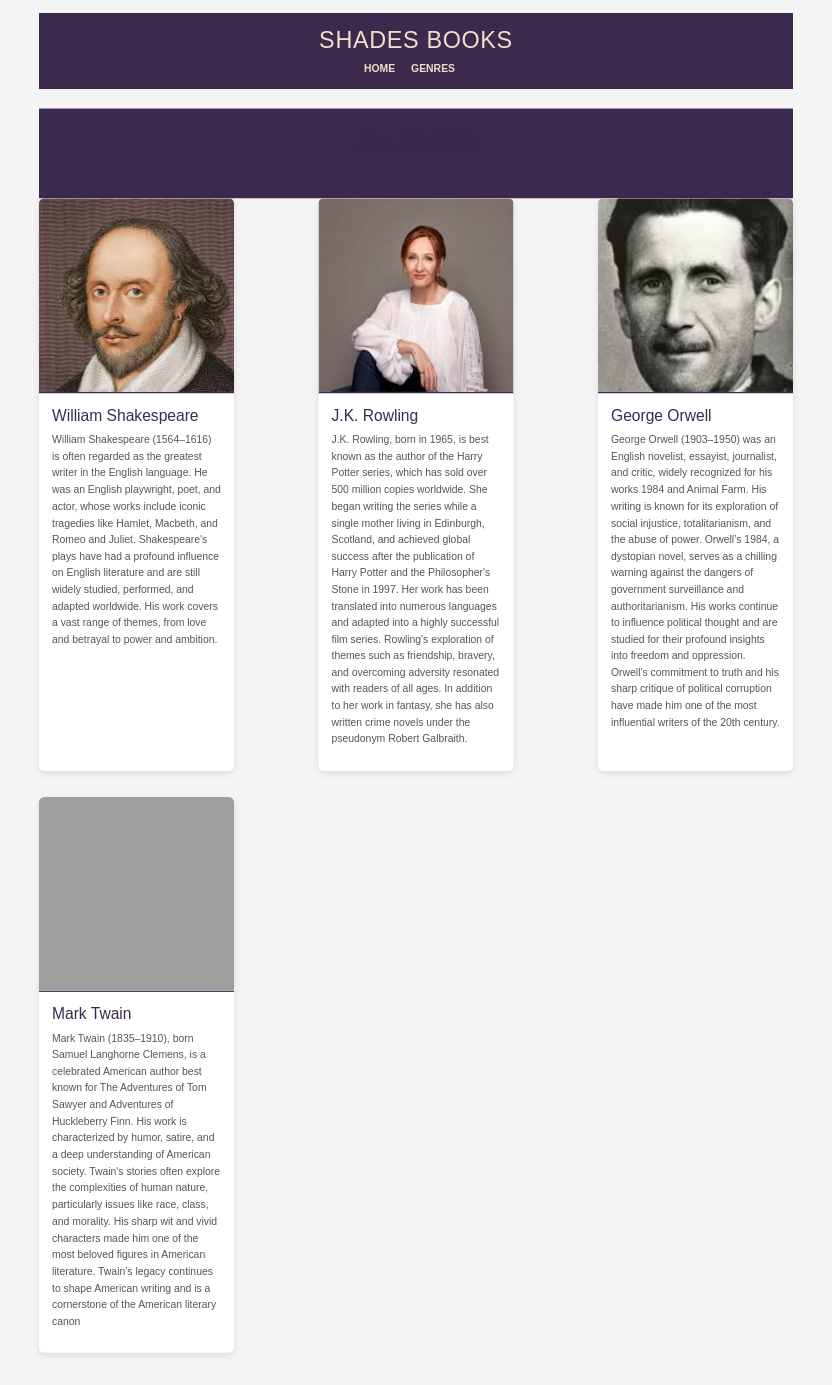
Repository: Harishsuresh-kumar/Library-Web
Page: WORK SITE/rough.html
The author's editor kept a copy of each file at every save. The page is drawn from the files as they stood at one save, then again after a run of saves.
The browser window is 1280 px wide. The pictures show the whole page, at 65% of full size.
Pictures or frames that could not be fetched are drawn as grey boxes.

Above is the page before, as saved 2024-11-07 01:00:58.

After the next 3 saves:
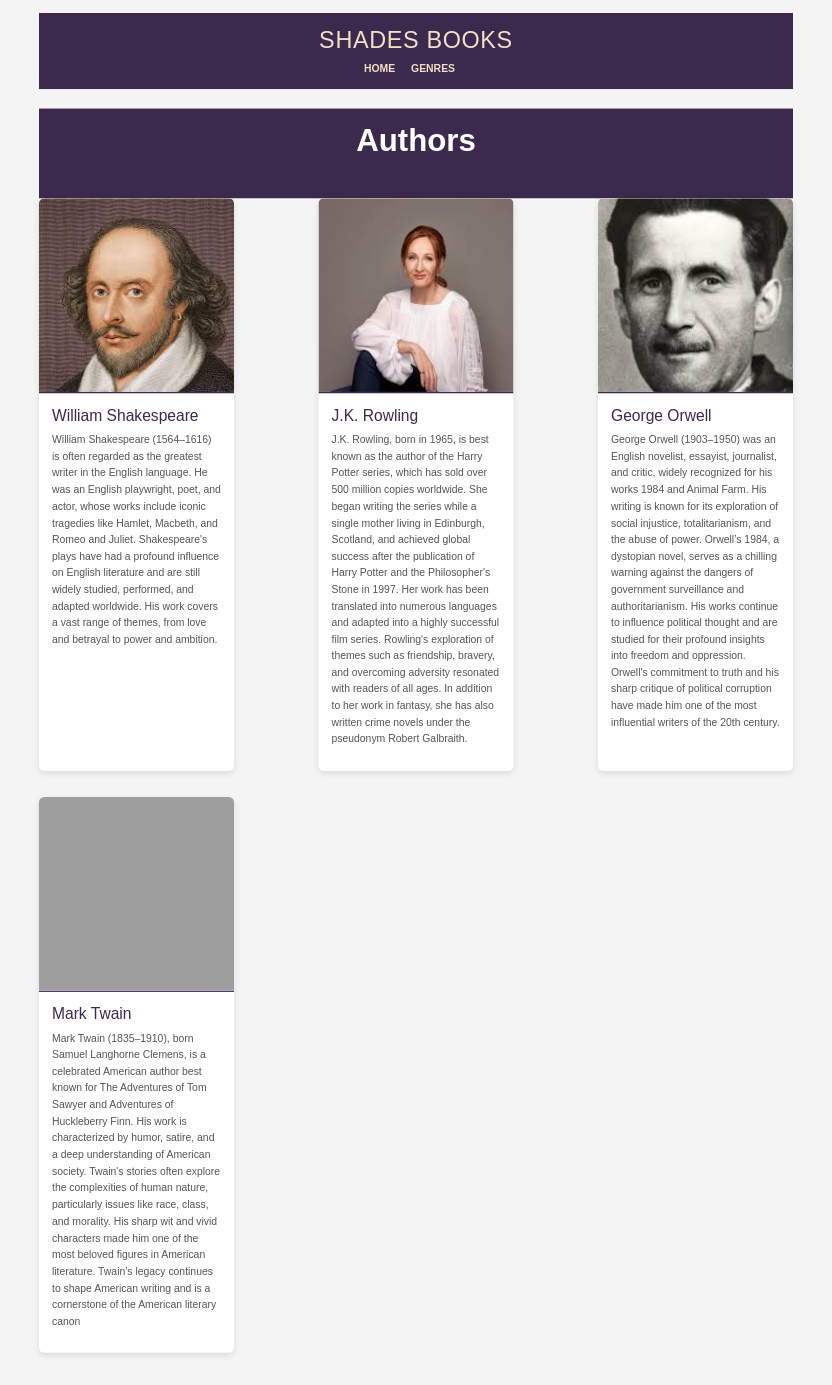
The 3 saves are shown as one change because they came seconds apart.
The last was saved 11 s later.
--- a/WORK SITE/rough.html
+++ b/WORK SITE/rough.html
@@ -24,7 +24,7 @@
 
         <main class="content">
             <header class="header">
-                <h1 style="color: ;">Authors</h1>
+                <h1 style="color: #fff;">Authors</h1>
             </header>
             <section class="authors-section">
                 <div class="author-container">
